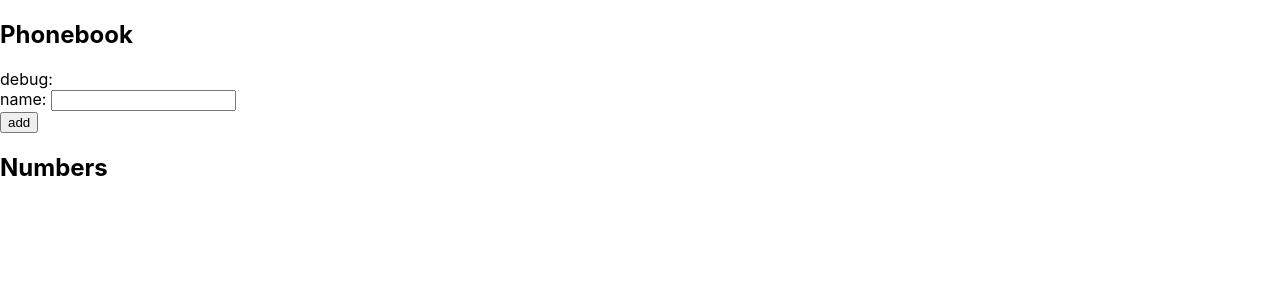
Repository: 0101chaitanya/phonebook-front
Page: /
These files come from the project's save history. The page is drawn as it stood at one moment and after the next save; the edit follows.
The browser window is 1280 px wide. The pictures show the whole page.
The project was rebuilt for these pictures with package versions that can differ from the ones it lists, and the page was loaded fresh each time.

Above is the page before, as saved 2021-09-19 16:40:49.

After the next save:
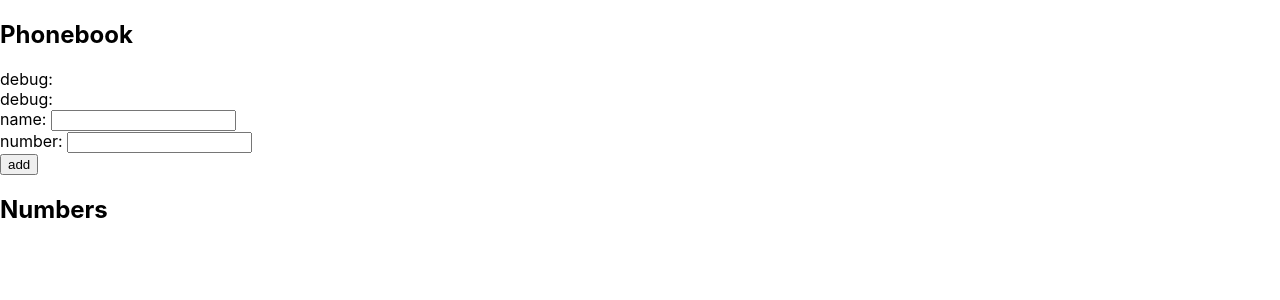
Saved 29 min 51 s later.
--- a/src/App.jsx
+++ b/src/App.jsx
@@ -2,16 +2,28 @@ import React, { useState } from "react";
 
 const App = () => {
   const [persons, setPersons] = useState([{ name: "Arto Hellas" }]);
-  const [newName, setNewName] = useState("");
+  const [state, setState] = useState({
+    name: "",
+    number: "",
+  });
+  const handleChange = (e) => {
+    let inter = state;
+    inter[e.target.name] = e.target.value;
+    setState(inter);
+  };
 
   return (
     <div>
       <h2>Phonebook</h2>
-      <div>debug: {newName}</div>
+      <div>debug: {state.name}</div>
+      <div>debug: {state.number}</div>
 
       <form>
         <div>
-          name: <input />
+          name: <input onChange={handleChange} name="name" />
+        </div>
+        <div>
+          number: <input onChange={handleChange} name="number" />
         </div>
         <div>
           <button type="submit">add</button>
